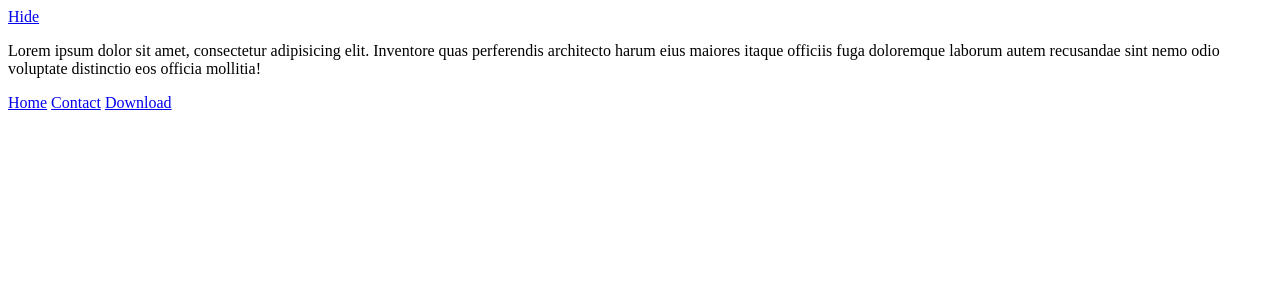
Repository: ramakrishnan1997/ram_javatraining
Page: jquery/src/main/webapp/jqueryeventhandle.html
An editor plug-in stored every save of this project. The page is shown before and after the next save, followed by the edit.
The browser window is 1280 px wide. The pictures show the whole page.

Above is the page before, as saved 2022-06-29 11:46:24.

### jquery/src/main/webapp/jqueryeventhandle.html
<!DOCTYPE html>
<html>
<head>
<meta charset="UTF-8">
<title>Event Handling</title>
<style type="text/css">

.Link
{
text-decoration: none;
font-size: 1.2em;
margin: 10px;
}

</style>
<script src="https://code.jquery.com/jquery-1.12.4.min.js"
 integrity="sha256-ZosEbRLbNQzLpnKIkEdrPv7lOy9C27hHQ+Xp8a4MxAQ="
 crossorigin="anonymous"></script>
 <script type="text/javascript">
 $(function () {
	$("#showLink").hide();
	$("hideLink").click(function () {
		$("para1").show();
		$("#hideLink").hide();
		$("#showLink").show();
	})

	/* $("#showLink").hide(); */
	$("#showLink").click(function () {
		$("#para1").hide();
		$("#hideLink").show();
		$("#showLink").hide();
	})
		$("")
});
 </script>
</head>
<body>
<a href="javascript:void(0)" id="hideLink">Hide</a>
<a href="javascript:void(0)" id="showLink">Show</a>
<p id=para1>
Lorem ipsum dolor sit amet, consectetur adipisicing elit.
Inventore quas perferendis architecto harum eius maiores itaque officiis
fuga doloremque laborum autem recusandae sint nemo odio voluptate distinctio eos officia mollitia!
</p>
<a href="#">Home</a>
<a href="#">Contact</a>
<a href="#">Download</a>
</body>
</html>

After the next save:
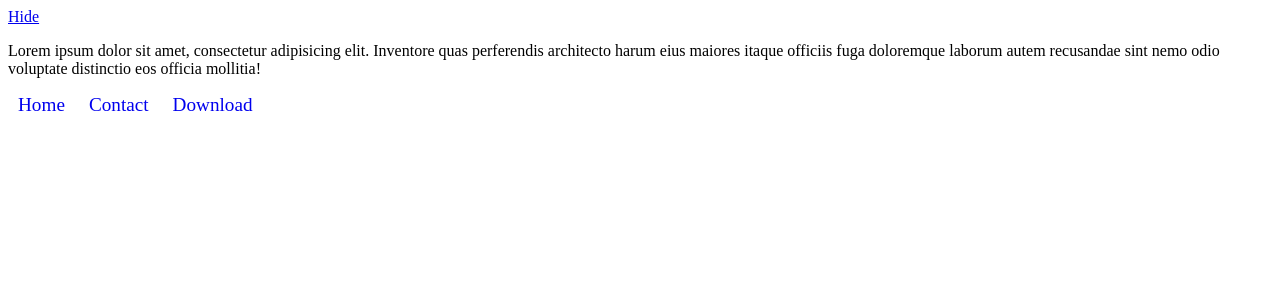
Saved 2 min 23 s later.
--- a/jquery/src/main/webapp/jqueryeventhandle.html
+++ b/jquery/src/main/webapp/jqueryeventhandle.html
@@ -31,7 +31,9 @@ margin: 10px;
 		$("#hideLink").show();
 		$("#showLink").hide();
 	})
-		$("")
+		$(".Link").on("click",function(){
+			alert(this.text());
+		})
 });
  </script>
 </head>
@@ -43,8 +45,8 @@ Lorem ipsum dolor sit amet, consectetur adipisicing elit.
 Inventore quas perferendis architecto harum eius maiores itaque officiis
 fuga doloremque laborum autem recusandae sint nemo odio voluptate distinctio eos officia mollitia!
 </p>
-<a href="#">Home</a>
-<a href="#">Contact</a>
-<a href="#">Download</a>
+<a href="#" class="Link">Home</a>
+<a href="#" class="Link">Contact</a>
+<a href="#" class="Link">Download</a>
 </body>
 </html>
